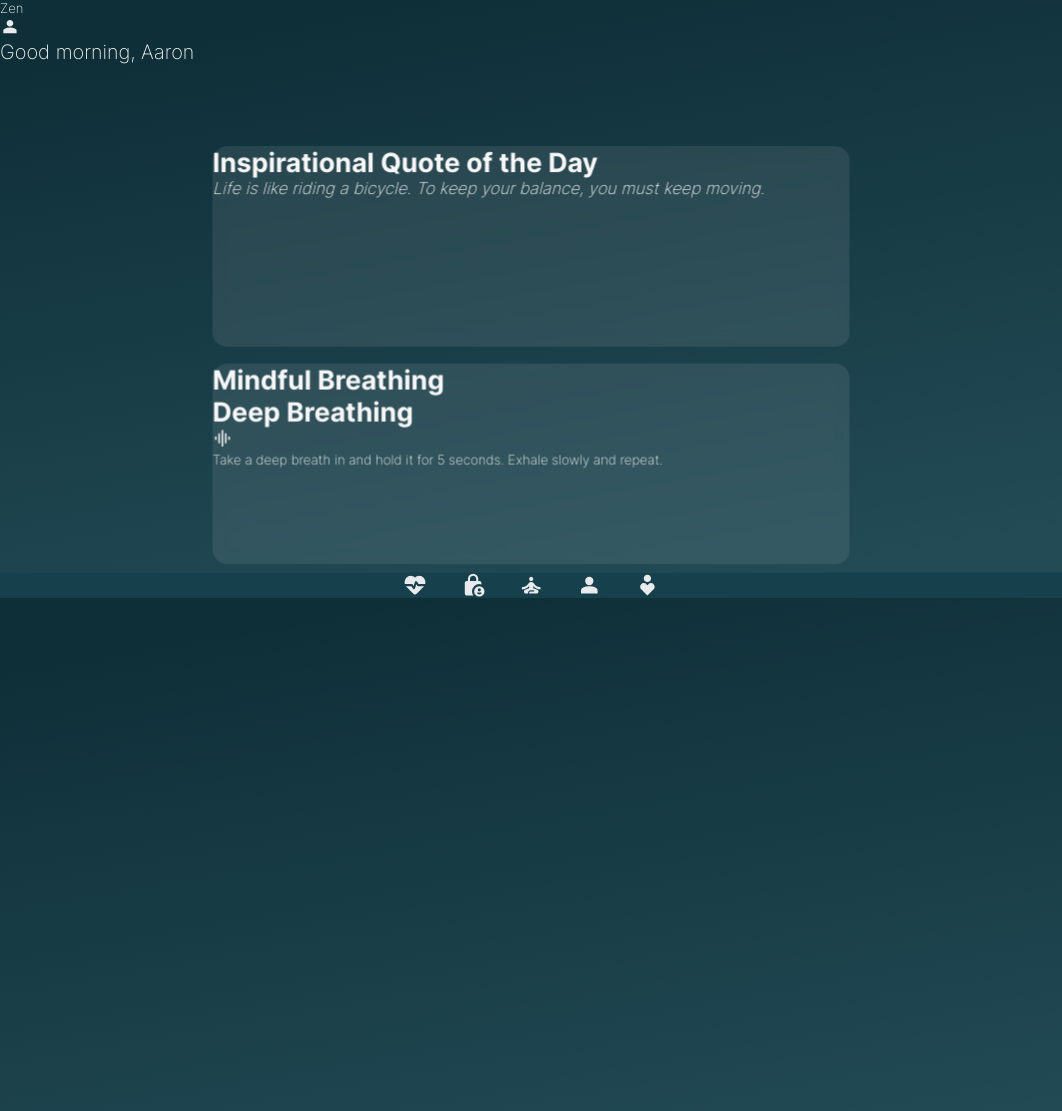
Repository: aaronw-dev/Zen
Page: dashboard.html
These files come from the project's save history. The page is drawn as it stood at one moment and after the next save; the edit follows.
The browser window is 1280 px wide. The pictures show the whole page, at 83% of full size.

Above is the page before, as saved 2024-06-08 14:06:38.

After the next save:
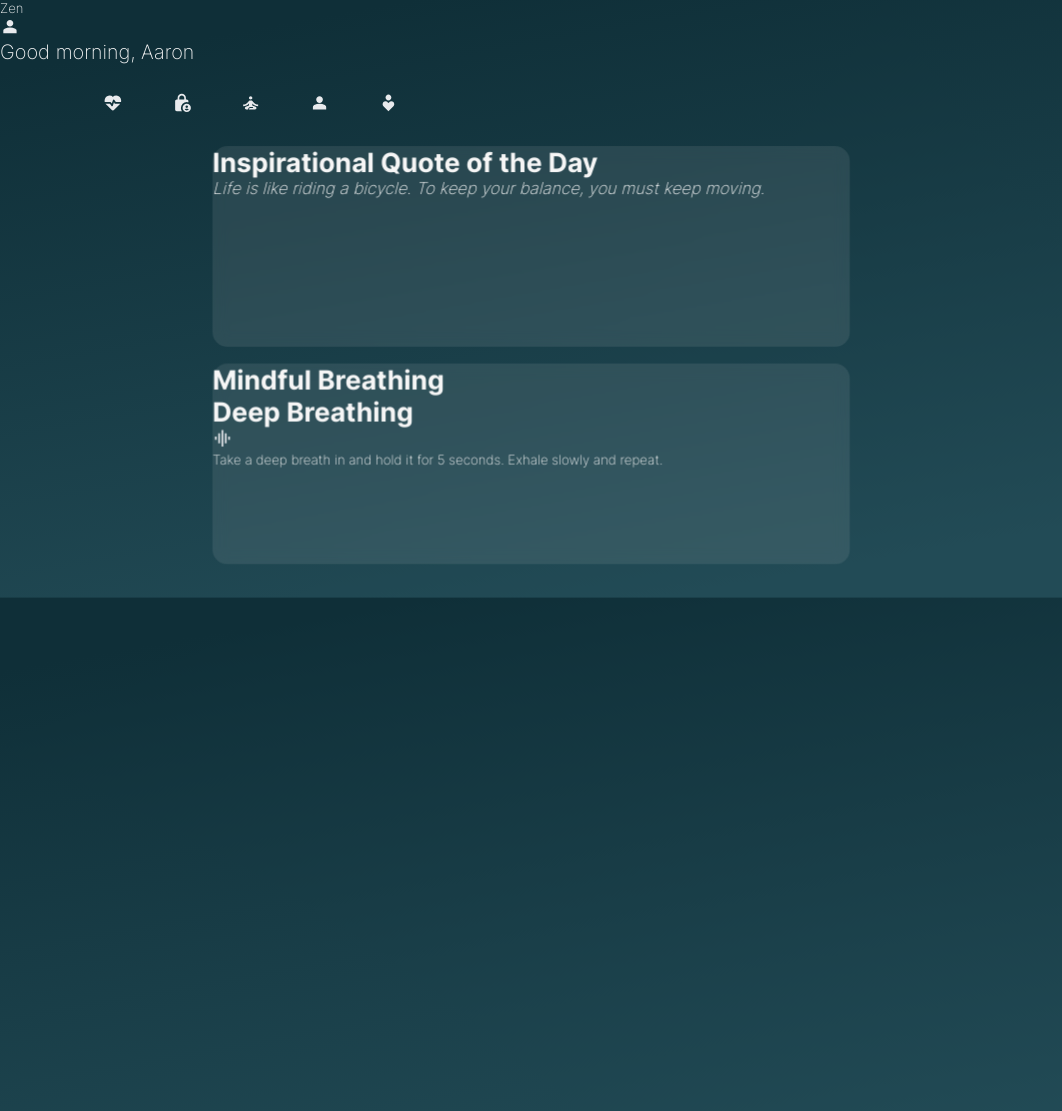
Saved 5 s later.
--- a/static/style.css
+++ b/static/style.css
@@ -133,14 +133,13 @@
 }
 
 .bottom-icons {
-    height: 30px;
-    background: #16404B;
     display: flex;
+    width: 603px;
+    height: 94px;
     justify-content: center;
-    position: absolute;
-    bottom: 0px;
-    width: 100%;
-    gap: 40px;
+    align-items: center;
+    gap: 59px;
+    flex-shrink: 0;
 }
 .header{
     display: flex;

After the save that followed:
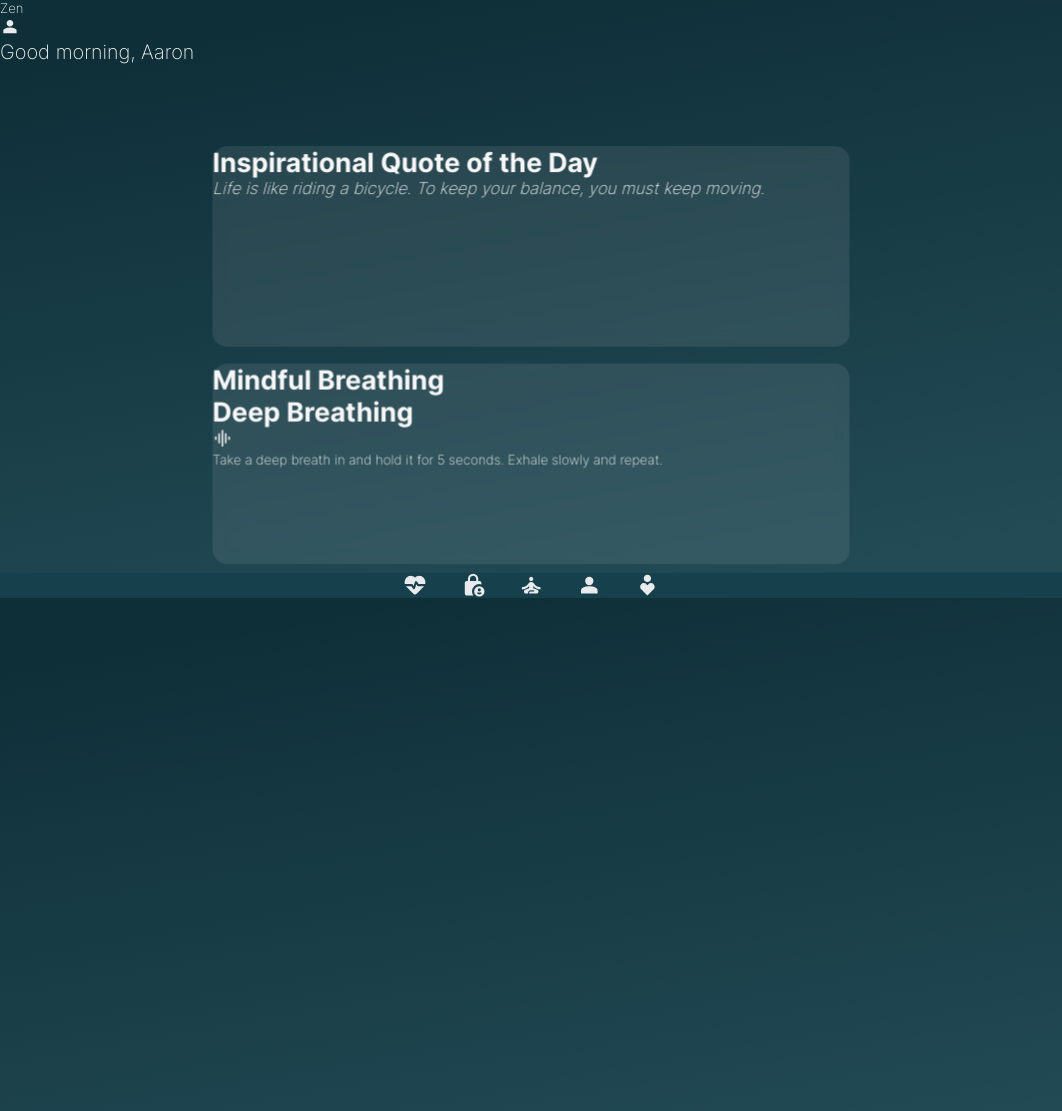
Saved 4 s later.
--- a/static/style.css
+++ b/static/style.css
@@ -133,13 +133,14 @@
 }
 
 .bottom-icons {
+    height: 30px;
+    background: #16404B;
     display: flex;
-    width: 603px;
-    height: 94px;
     justify-content: center;
-    align-items: center;
-    gap: 59px;
-    flex-shrink: 0;
+    position: absolute;
+    bottom: 0px;
+    width: 100%;
+    gap: 40px;
 }
 .header{
     display: flex;
